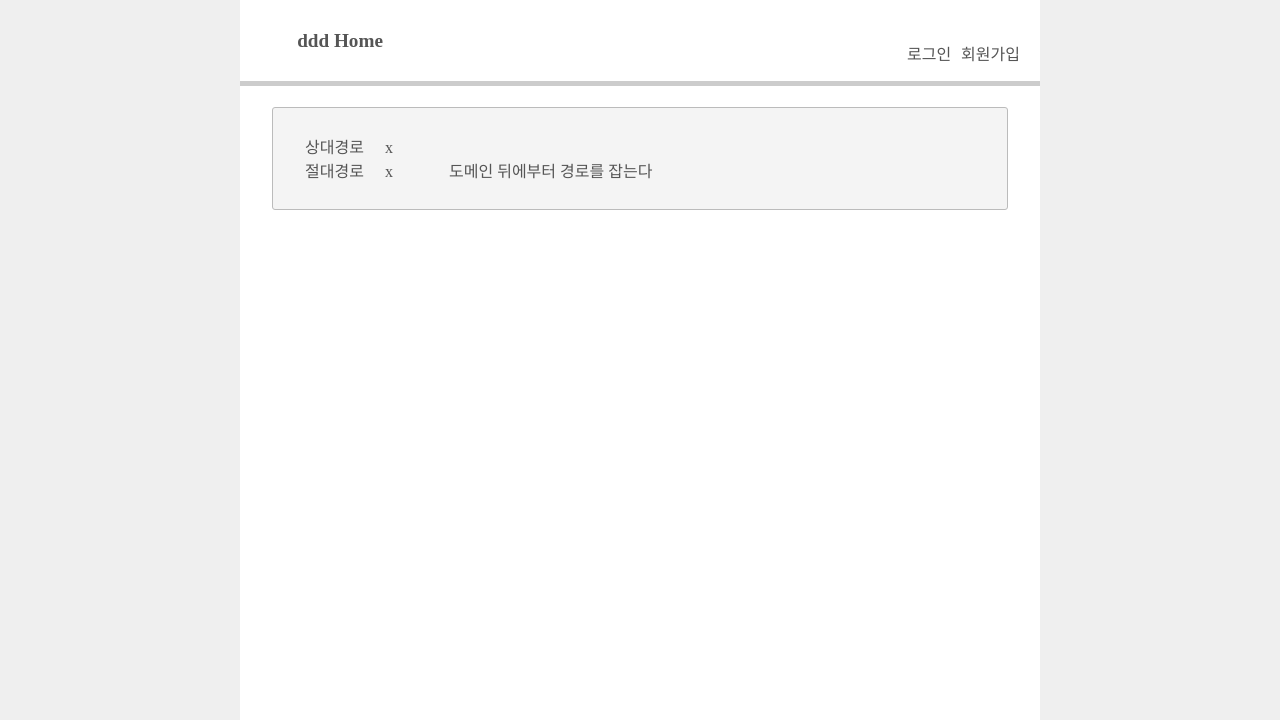
Repository: Deneb0000/JSP
Page: http://localhost/jspPro/days02/ex02.jsp
An editor plug-in stored every save of this project. The page is shown before and after the next save, followed by the edit.
The browser window is 1280 px wide. The pictures show the whole page.
Some web fonts or font styles are not loaded; a fallback is used. The page is served by Tomcat 9. Other server files are loaded and not shown.

Above is the page before, as saved 2024-10-16 05:44:08.

### jspPro/src/main/webapp/days02/ex02.jsp
<%@ page contentType="text/html; charset=UTF-8" pageEncoding="UTF-8"%>
<!DOCTYPE html>
<html>
<head>
<meta charset="UTF-8">
<title>Insert title here</title>
<link rel="shortcut icon" type="image/x-icon" href="http://localhost/jspPro/images/SiSt.ico">
<script src="https://ajax.googleapis.com/ajax/libs/jquery/3.7.1/jquery.min.js"></script>
<meta name="viewport" content="width=device-width, initial-scale=1.0">
<meta name="google" content="notranslate">
<link rel="stylesheet" href="http://localhost/jspPro/resources/cdn-main/example.css">
<script src="http://localhost/jspPro/resources/cdn-main/example.js"></script>
<style>
 span.material-symbols-outlined{
    vertical-align: text-bottom;
 }
</style>
</head>
<body>
<header>
  <h1 class="main"><a href="#" style="position: absolute;top:30px;">ddd Home</a></h1>
  <ul>
    <li><a href="#">로그인</a></li>
    <li><a href="#">회원가입</a></li>
  </ul>
</header>
<div>
  <xmp class="code">
    상대경로	x
    절대경로	x		도메인 뒤에부터 경로를 잡는다
  </xmp>
</div>
</body>
</html>

### jspPro/src/main/webapp/resources/cdn-main/example.css
@charset "UTF-8";

@import url('https://fonts.googleapis.com/css2?family=Material+Symbols+Outlined:opsz,wght,FILL,GRAD@20..48,100..700,0..1,-50..200');

@font-face {
    font-family: 'GmarketSansMedium';
    src: url('https://cdn.jsdelivr.net/gh/projectnoonnu/noonfonts_2001@1.1/GmarketSansMedium.woff') format('woff');
    font-weight: normal;
    font-style: normal;
}

:root {
	--text-color: #555;
	--sub-text-color: #777;
	--back-color: #EFEFEF;
	--header-color: #444;
	--primary-color: #DEDEDE;
	--secondary-color: #EFEFEF;
	--default-width: 800px;
	--narrow-width: 500px;
	--wide-width: 1200px;
	--text-font: 'GmarketSansMedium';
	--icon-font: 'Material Symbols Outlined';
	--border-color: #CCC;
}

html, body {
	margin: 0;
	padding: 0;
}

html {
	background-color: var(--back-color);
	display: flex;
	justify-content: center;
	min-height: 100vh;
}

body, body.default {
	width: var(--default-width);
	background-color: white;
	padding-bottom: 120px;
}

body.wide {
	width: var(--wide-width);
}

body.narrow {
	width: var(--narrow-width);
}



body, p, div, span, a, input, select, option, textarea, button, table, th, td, label, fieldset, legend {
	font-family: var(--text-font);
	color: var(--text-color);
}

h1, h2, h3 {
	font-family: var(--text-font);
	color: var(--header-color);
	padding: 0 1rem;
	padding-top: .5rem;
}

div > h1, div > h2, div > h3 {
	padding: 0;
}

body > div, body > main > div {
	padding: 0.3rem 1rem;
}


h1 { font-size: 2rem; border-bottom: 1px solid var(--border-color); }
h1 small { font-size: 1.2rem; color: var(--sub-text-color); }
h2 { font-size: 1.5rem; border-bottom: 1px dashed var(--border-color); }
h2 small { font-size: 1.1rem; color: --sub-text-color; }
h3 { font-size: 1.2rem; }
h3 small { font-size: 1rem; color: --sub-text-color; }



h1.main::before {
	font-family: var(--icon-font);
  	content: '\e666';
  	margin-right: 10px;
  	float: left;
	font-size: 2.5rem;
}

h1.sub::before {
	font-family: var(--icon-font);
  	content: '\ea19';
  	margin-right: 10px;
  	float: left;
	font-size: 2.5rem;
}


h1.page::before {
	font-family: var(--icon-font);
  	content: '\e0e0';
  	margin-right: 10px;
  	float: left;
	font-size: 2.5rem;
}

body > header > ul > li > .active{
	background-color: #FFF;
	color:#F00;
}

body > header {
	display: flex;
	justify-content: space-between;
	border-bottom: 5px solid var(--border-color);
	min-height: 74px;
	background-color: #FFF;
}

body > header.sticky {
	position: sticky;
	top: 0;
	z-index: 98;
}

body > header > h1 {
	font-size: 1.2rem;
	border: 0;
}

body > header.in > h1::before {
	font-family: var(--icon-font);
  	content: '\e332‥';
  	margin-right: 3px;
  	float: left;
	font-size: 2rem;
}


body > header > ul {
	list-style-type: none;
	display: flex;
	align-items: flex-end;
	margin-right: 10px;
}

body > header > ul > li {
	margin-right: 10px;
	cursor: pointer;
}

body > header > ul > li > a {
	cursor: pointer;
}


form {
	display: block;
}

form > div {
	padding: 0.3rem 1rem;
}

div > form > div {
	padding: 0.3rem 0;
}

input, textarea, button, select {
	border: 1px solid #BBB;
	border-radius: 3px;
	outline: none;
	resize: none;
	padding: 7px;
	margin: 0;
}

input[type=text]:read-only, textarea:read-only {
	cursor: not-allowed;
	background-color: #FFF;
}

input[type=text]:disabled, textarea:disabled {
	cursor: not-allowed;
	background-color: #EEE;
}

input[type=text], input[type=password], textarea, button, select {
	/* width: 300px; */
}

textarea {
	display: block;
	height: 100px;
}

input[type=button], input[type=submit], button {
	/* width: inherit; */
}

input.short, textarea.short, button.short, select.short {
	width: 100px;
}

input.long, textarea.long, button.long, select.long {
	width: 350px;
}

.narrow input.long, .narrow textarea.long, .narrow button.long, .narrow select.long {
	width: calc(100% - 20px);
}

input.full, textarea.full, button.full, select.full {
	width: calc(100% - 20px);
}

textarea.short {
	height: 50px;
}

textarea.long {
	height: 100px;
}

textarea.full {
	height: 200px;
}

input, textarea {
	padding-top: 8px;
}

input[type=button], input[type=submit], button {
	padding: 5px 10px;
	background-color: var(--secondary-color);
	cursor: pointer;
	min-height: 36px;
}

input[type=button].primary, input[type=submit].primary, button.primary {
	/* background-color: rgba(100, 149, 237, .2); */
	background-color: var(--primary-color);
}

input[type=button].primary:hover, input[type=submit].primary:hover, button.primary:hover {
	/* background-color: rgba(100, 149, 237, .3); */
	background-color: var(--secondary-color);
}

input[type=button]:hover, input[type=submit]:hover, button:hover {
	background-color: var(--primary-color);
}

button {
	position: relative;
	left: 0;
	top: 0;
	padding-left: 35px;
}

button .material-symbols-outlined {
	position: absolute;
	left: 10px;
	top: 4px;
}

/* k2nik add */
button.login::before {
	font-family: var(--icon-font);
  	content: '\ea77';
	position: absolute;
	left: 11px;
	top: 4px;
	font-size: 1.25rem;
}

/* k2nik logout */
button.logout::before {
	font-family: var(--icon-font);
  	content: '\e9ba';
	position: absolute;
	left: 11px;
	top: 4px;
	font-size: 1.25rem;
}

/* k2nik help */
button.help::before {
	font-family: var(--icon-font);
  	content: '\f1c0';
	position: absolute;
	left: 11px;
	top: 4px;
	font-size: 1.25rem;
}

button.add::before{
	font-family: var(--icon-font);
  	content: '\e746';
	position: absolute;
	left: 11px;
	top: 4px;
	font-size: 1.25rem;
}

button.back::before {
	font-family: var(--icon-font);
  	content: '\e166';
	position: absolute;
	left: 11px;
	top: 4px;
	font-size: 1.25rem;
}

button.list::before {
	font-family: var(--icon-font);
  	content: '\e0ee';
	position: absolute;
	left: 11px;
	top: 4px;
	font-size: 1.25rem;
}


button.del::before {
	font-family: var(--icon-font);
  	content: '\e872';
	position: absolute;
	left: 11px;
	top: 4px;
	font-size: 1.25rem;
}


button.edit::before {
	font-family: var(--icon-font);
  	content: '\e745';
	position: absolute;
	left: 11px;
	top: 4px;
	font-size: 1.25rem;
}


button.login::before {
	font-family: var(--icon-font);
  	content: '\ea77';
	position: absolute;
	left: 11px;
	top: 4px;
	font-size: 1.25rem;
}


button.logout::before {
	font-family: var(--icon-font);
  	content: '\e9ba';
	position: absolute;
	left: 11px;
	top: 4px;
	font-size: 1.25rem;
}


button.in::before {
	font-family: var(--icon-font);
  	content: '\f71a';
	position: absolute;
	left: 11px;
	top: 4px;
	font-size: 1.25rem;
}


button.out::before {
	font-family: var(--icon-font);
  	content: '\f70e';
	position: absolute;
	left: 11px;
	top: 4px;
	font-size: 1.25rem;
}


button.reply::before {
	font-family: var(--icon-font);
  	content: '\e15e';
	position: absolute;
	left: 11px;
	top: 4px;
	font-size: 1.25rem;
}


button.comment::before {
	font-family: var(--icon-font);
  	content: '\e0b9';
	position: absolute;
	left: 11px;
	top: 4px;
	font-size: 1.25rem;
}


button.modal::before {
	font-family: var(--icon-font);
  	content: '\e89e';
	position: absolute;
	left: 11px;
	top: 4px;
	font-size: 1.25rem;
}


button.ok::before {
	font-family: var(--icon-font);
  	content: '\e86c';
	position: absolute;
	left: 11px;
	top: 4px;
	font-size: 1.25rem;
}


button.cancel::before {
	font-family: var(--icon-font);
  	content: '\e5c9';
	position: absolute;
	left: 11px;
	top: 4px;
	font-size: 1.25rem;
}

button.search::before {
	font-family: var(--icon-font);
  	content: '\e8b6';
	position: absolute;
	left: 11px;
	top: 4px;
	font-size: 1.25rem;
}

button.home::before {
	font-family: var(--icon-font);
  	content: '\e88a';
	position: absolute;
	left: 11px;
	top: 4px;
	font-size: 1.25rem;
}


button.sidebar::before {
	font-family: var(--icon-font);
  	content: '\f7e4';
	position: absolute;
	left: 11px;
	top: 4px;
	font-size: 1.25rem;
}


button.sidebar-right::before {
	font-family: var(--icon-font);
  	content: '\f7e5';
	position: absolute;
	left: 11px;
	top: 4px;
	font-size: 1.25rem;
}




button::before {
	font-family: var(--icon-font);
  	content: '\e323';
	position: absolute;
	left: 11px;
	top: 4px;
	font-size: 1.25rem;
}


table {
	border-collapse: collapse;
	margin: 1rem;
	box-sizing: border-box;
	width: calc(100% - 32px);
}

table.content {
	width: auto;
}

div > table {
	margin: 0;
}

table th, table td {
	border: 1px solid var(--border-color);
	padding: 7px;
	font-weight: normal;
}

table th {
	background-color: var(--back-color);
}

table.vertical th {
	width: 150px;
}

table.vertical td {
	width: calc(100% - 182px);
	padding-left: 10px;
}

table.content td, table.content th {
	width: auto;
}

body.narrow table.vertical th {
	width: 100px;
}

body.narrow table.vertical td {
	width: calc(100% - 182px);
}


table + table {
	margin-top: 30px;
}


p {
	padding: 0 1rem;
}

a {
	text-decoration: none;
}

a:hover {
	color: rgba(255, 99, 71, .7);
}

hr {
	border: 0;
	border-top: 1px solid var(--border-color);
	margin: 2rem 0;
}

.message {
	border: 1px solid var(--border-color);
	background-color: #EFEFEF;
	margin: 1rem;
	width: auto;
	padding-top: 10px;
	padding-bottom: 10px;
	font-size: 14px;
}

.message[title]::before {
	content: attr(title);
	display: block;
	border-bottom: 1px solid var(--border-color);
	padding-bottom: 5px;
	margin-bottom: 10px;
	margin-top: 7px;
}

.message.short {
	max-width: 250px;
}

.message.long {
	max-width: 500px;
}

.badge {
	float: right;
	font-size: .8rem;
	margin-top: 2px;
	margin-right: 2px;
	text-shadow: 0 0 7px gray;
}

.badge.left {
	float: none;
	margin-left: 2px;
}

.badge.right {
	float: right;
}

.badge.red {
	border-radius: 50%;
	padding: 2px 5px;
	background-color: rgb(255, 99, 71, .3);
}

.badge.yellow {

	border-radius: 50%;
	padding: 2px 5px;
	background-color: rgb(255, 215, 0, .5);
}

.badge.blue {
	border-radius: 50%;
	padding: 2px 5px;
	background-color: rgb(100, 149, 237, .3);
}

label + label {
	margin-left: 7px;
}

label input[type=checkbox], label input[type=radio] {
	transform: translate(0, 1px);
}

.group {
	display: flex;
}

.modal-content .group {
	margin-bottom: .5rem;
}

.group label {
	border: 1px solid #BBB;
	border-radius: 3px;
	outline: none;
	resize: none;
	padding: 7px 14px;
	margin: 0;
	border-top-right-radius: 0;
	border-bottom-right-radius: 0;
	background-color: #EFEFEF;
	white-space: nowrap;
	font-size: 14px;
}

.group input[type=text] {
	margin-left: -1px;
	border-top-left-radius: 0;
	border-bottom-left-radius: 0;
}

.group select {
	margin-left: -1px;
	border-top-left-radius: 0;
	border-bottom-left-radius: 0;
}

.group input.full[type=text] {
	margin-left: -1px;
	border-top-left-radius: 0;
	border-bottom-left-radius: 0;
	width: 100%;
}

.group input[type=button]:first-child, .group button:first-child {
	border-top-left-radius: 3px;
	border-bottom-left-radius: 3px;
	margin-left: 0px;
}

.group input[type=button], .group button {
	border-radius: 0;
	margin-left: -1px;
}

.group input[type=button]:last-child, .group button:last-child {
	margin-left: -1px;
	border-top-right-radius: 3px;
	border-bottom-right-radius: 3px;
}

.seperate {
	display: flex;
	justify-content: space-between;
}

div.list {
	width: max-content;
	margin: 1rem;
	border: 1px solid #BBB;
	border-radius: 3px;
	padding: 0;
}

div.list.full {
	width: auto;
	display: block;
	margin: 1rem;
	border: 1px solid #BBB;
	border-radius: 3px;
	padding: 0;
}

div.list > div {
	padding: .5rem 1rem;
	margin: 0;
	border-bottom: 1px solid #BBB;
}

div.list > div:last-child {
	border-bottom: 0;
}

pre.code , xmp.code{
	font-family: consols;
	background-color: rgba(150, 150, 150, .1);
	border: 1px solid #BBB;
	border-radius: 3px;
	padding: .5rem 1rem;
	padding-bottom: .6rem;
	margin: 1rem;
}




*[data-modal-window] {
	position: fixed;
	background-color: rgba(0, 0, 0, .3);
	left: 0;
	top: 0;
	display: none;
	justify-content: center;
	align-items: flex-start;
	width: 100%;
	min-height: 100vh;
	z-index: 100;
	opacity: 0;
	transition: 500ms all;
}

*[data-modal-window] .modal-container {
	border-radius: 5px;
	padding: 1rem;
	padding-bottom: .5rem;
	margin-top: -500px;
	opacity: 0;
	width: 500px;
	background-color: #FFF;
	margin-right: 2rem;
	transition: 500ms all;
}

*[data-modal-size=content] .modal-container {
	width: auto;
}

*[data-modal-size=narrow] .modal-container {
	width: 300px;
}

*[data-modal-size=wide] .modal-container {
	width: 760px;
}


*[data-modal-window] .modal-header {
	border-bottom: 1px solid var(--border-color);
	padding: 2px 5px;
}

*[data-modal-window] .modal-content {
	padding: 1rem 5px;
}

*[data-modal-window] .modal-content div:last-child {
	margin-top: 1rem;
	text-align: right;
}



*[data-sidebar-window] {
	position: fixed;
	background-color: #FFF;
	left: 0;
	top: 0;
	display: block;
	width: 300px;
	border-right: 1px solid var(--border-color);
	box-sizing: border-box;
	box-shadow: 0 0 3px var(--back-color);
	min-height: 100vh;
	z-index: 99;
	transform: translate(-300px, 0);
	transition-duration: 500ms;
	transition-property: transform;
}

*[data-sidebar-direction=right] {
	left: auto;
	right: 0;
	transform: translate(300px, 0);
	border-left: 1px solid var(--border-color);
}

*[data-sidebar-size=wide] {
	width: 500px;
	transform: translate(-500px, 0);
}

*[data-sidebar-window] .sidebar-title {
	border-bottom: 1px solid var(--border-color);
	margin-top: 20px;
	margin-bottom: 20px;
	padding-bottom: 5px;
	display: flex;
	justify-content: space-between;
}

*[data-sidebar-window] .sidebar-title span:last-child {
	cursor: pointer;
}


/* K2Nik pagination */
.center {
  text-align: center;
}

.pagination {
  display: inline-block;
}

.pagination a {
  color: black;
  float: left;
  padding: 3px 6px;
  text-decoration: none;
  transition: background-color .3s;
  border: 1px solid #ddd;
  margin: 0 3px;
}

.pagination a.active {
  background-color: #4CAF50;
  color: white;
  border: 1px solid #4CAF50;
}

.pagination a:hover:not(.active) {background-color: #ddd;}

### jspPro/src/main/webapp/resources/cdn-main/example.js

window.onload = () => {

    const list = document.querySelectorAll('input, textarea');

    list.forEach(item => {
        item.setAttribute('autocomplete', 'off');
    });


    const modal_btn_list = document.querySelectorAll('*[data-modal-button]');

    modal_btn_list.forEach(item => {
        item.onclick = function() {

            const name = this.dataset['modalButton'];
            const modal_window = document.querySelector('*[data-modal-window=' + name);

            const container = document.createElement('div');
            container.className = 'modal-container';



            const modal_header = document.createElement('div');
            modal_header.textContent = modal_window.dataset['modalTitle'];
            modal_header.className = 'modal-header';
            container.appendChild(modal_header);

            const modal_content = document.createElement('div');
            modal_content.className = 'modal-content';
            container.appendChild(modal_content);

            Array.from(modal_window.childNodes).forEach(item => {
                modal_content.appendChild(item);
            });

            modal_window.appendChild(container);

            modal_window.style.display = 'flex';

            setTimeout(() => {
                modal_window.style.opacity = 1;
                container.style.marginTop = '20px';
                container.style.opacity = 1;
            }, 50);


            const modal_ok = document.querySelector('*[data-modal-ok=' + name);
            modal_ok.addEventListener('click', function() {
                modal_window.style.opacity = 0;
                container.style.marginTop = '-500px';
                container.style.opacity = 0;

                setTimeout(() => {
                    modal_window.innerHTML = modal_content.innerHTML;
                    modal_window.style.display = 'none';
                }, 500);

            });

            const modal_cancel = document.querySelector('*[data-modal-cancel=' + name);
            modal_cancel.addEventListener('click', function() {

                modal_window.style.opacity = 0;
                container.style.marginTop = '-500px';
                container.style.opacity = 0;

                setTimeout(() => {
                    modal_window.innerHTML = modal_content.innerHTML;
                    modal_window.style.display = 'none';
                }, 500);
            });


        };
    });


    const sidebar_btn_list = document.querySelectorAll('*[data-sidebar-button]');

    sidebar_btn_list.forEach(item => {
        item.onclick = function() {



            const name = this.dataset['sidebarButton'];
            const sidebar_window = document.querySelector('*[data-sidebar-window=' + name);

            if (sidebar_window.style.transform == 'translate(0px, 0px)') return;



            sidebar_window.style.transform = 'translate(0, 0)';

            const sidebar_title = document.createElement('div');
            sidebar_title.className = 'sidebar-title';
            sidebar_title.innerHTML = '<span>' + sidebar_window.dataset['sidebarTitle'] + '</span><span class="material-symbols-outlined">close</span>';

            sidebar_title.children[1].onclick = function() {

                let sign = 1;
                let distance = 300;

                if (sidebar_window.dataset['sidebarDirection'] != 'right') {
                    sign = -1;
                } else {
                    sign = 1;
                }

                if (sidebar_window.dataset['sidebarSize'] != 'wide') {
                    distance = 300;
                } else {
                    distance = 500;
                }

                distance *= sign;

                sidebar_window.style.transform = 'translate(' + distance + 'px, 0)';

                setTimeout(function() {
                    sidebar_window.removeChild(sidebar_window.children[0]);
                }, 500);
            };


            sidebar_window.prepend(sidebar_title);

        }
    });

};

// window.onkeydown = function(event) {

//     if (event.keyCode == 27) {
//         if (document.querySelector('[data-modal-window').style.display == 'flex') {
//             document.querySelector('[data-modal-window').style.display = 'none';
//         }
//     }

// };

After the next save:
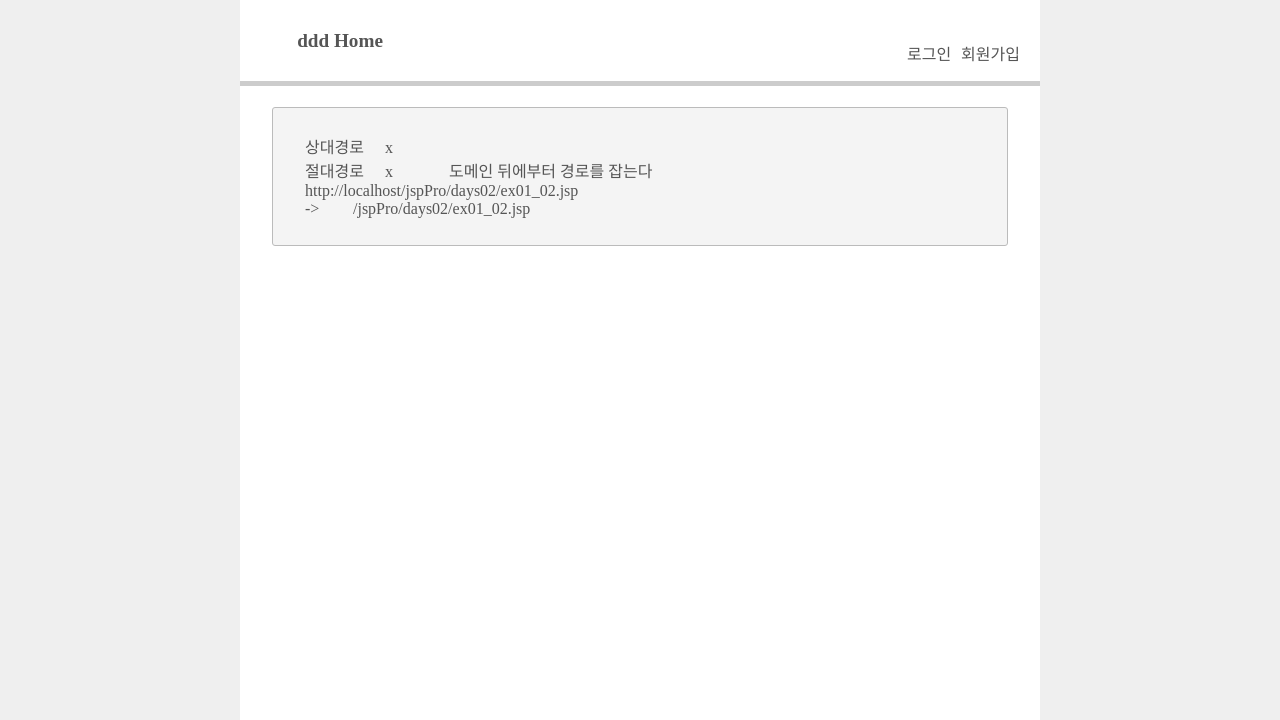
Saved 37 s later.
--- a/jspPro/src/main/webapp/days02/ex02.jsp
+++ b/jspPro/src/main/webapp/days02/ex02.jsp
@@ -28,6 +28,8 @@
   <xmp class="code">
     상대경로	x
     절대경로	x		도메인 뒤에부터 경로를 잡는다
+    http://localhost/jspPro/days02/ex01_02.jsp
+    ->	/jspPro/days02/ex01_02.jsp
   </xmp>
 </div>
 </body>
